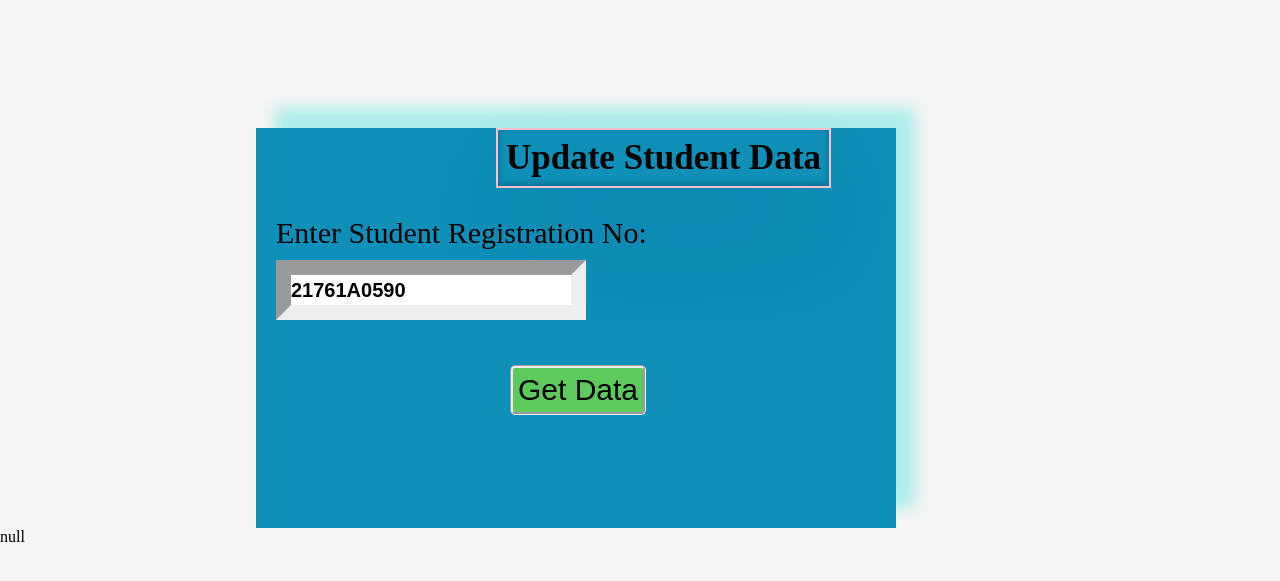
Repository: ganeshjaggineni/college-management-system
Page: http://localhost/chaduvuko/UpdateStudentData.jsp
An editor plug-in stored every save of this project. The page is shown before and after the next save, followed by the edit.
The browser window is 1280 px wide. The pictures show the whole page.
The page is served by Tomcat 10.

Above is the page before, as saved 2023-05-23 09:06:27.

After the next save:
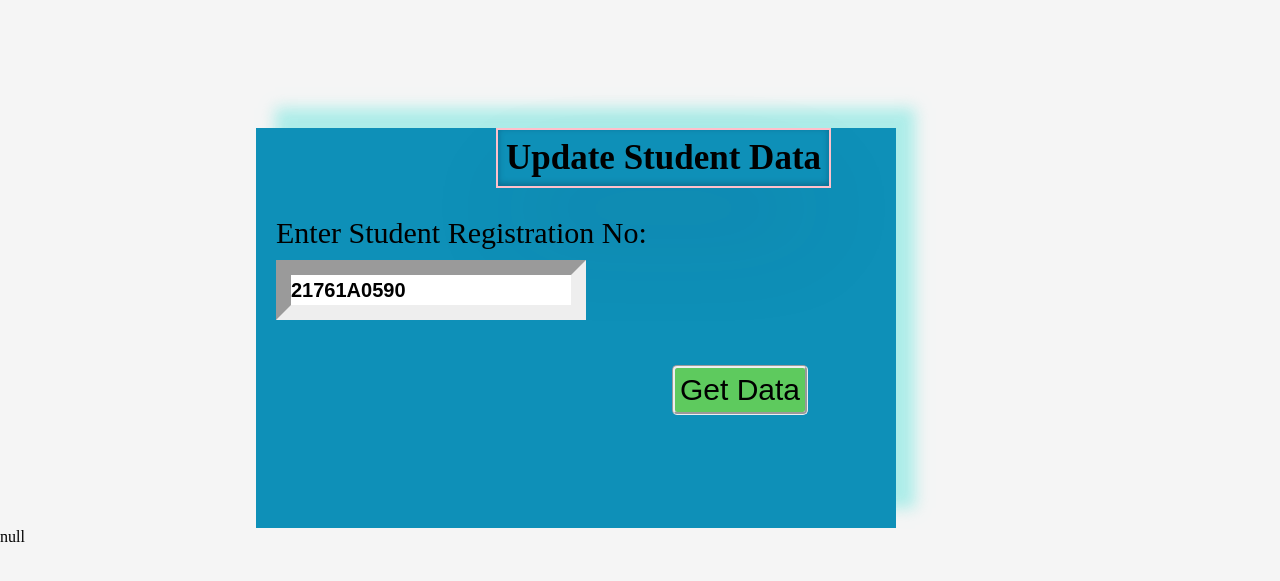
Saved 4 min 11 s later.
--- a/college/eeeeeee/chaduvuko/src/main/webapp/UpdateStudentData.jsp
+++ b/college/eeeeeee/chaduvuko/src/main/webapp/UpdateStudentData.jsp
@@ -21,11 +21,13 @@
 				<h2>Update Student Data</h2>
 			</div>
 			<div class="box">
+			<form method="get" action="index.html">
                 <label>Enter Student Registration No:</label>
                 <input type="text" name="uid" value="21761A0590" placeholder="Student Registration No :">
                 <div class="butt">
                 <input type="submit" value="Get Data" onclick="update()">
             </div>
+            </form>
 			</div>
 		</div>
 	</div>
